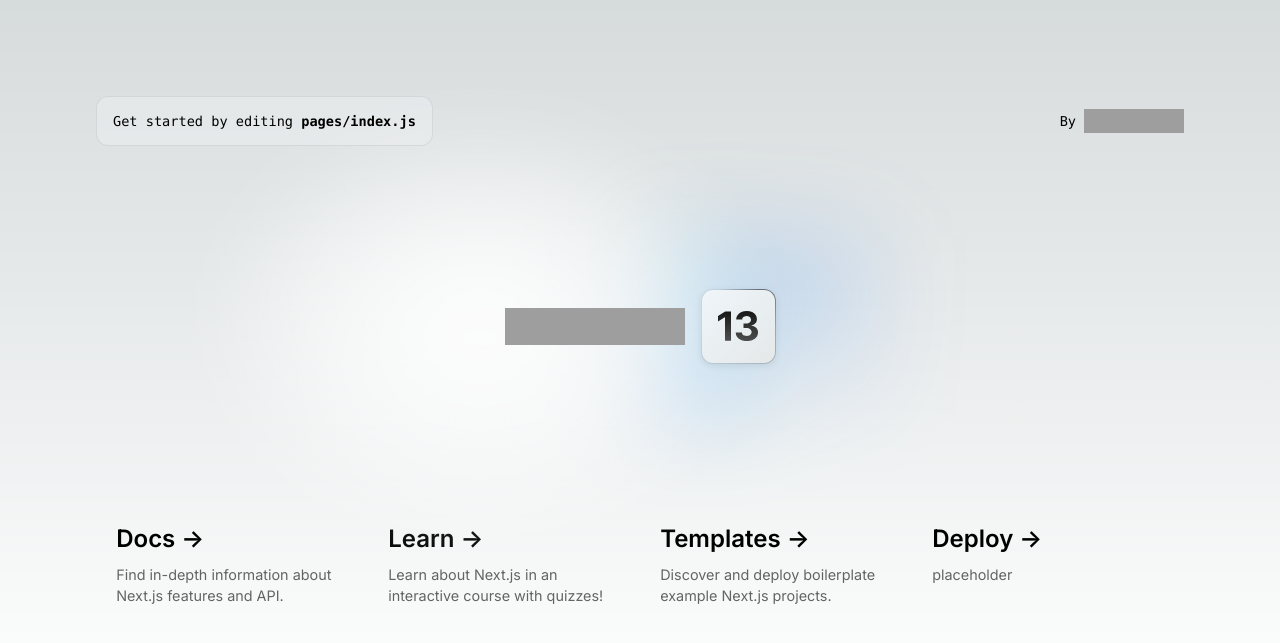
Repository: ajenstory/jencorbett.dev
Page: / (app in app/)
The author's editor kept a copy of each file at every save. The page is drawn from the files as they stood at one save, then again after the next save.
The browser window is 1280 px wide. The pictures show the whole page.
Pictures or frames that could not be fetched are drawn as grey boxes. The project was rebuilt for these pictures with package versions that can differ from the ones it lists, and the page was loaded fresh each time. The framework's server and built-in components were replaced by stand-ins that run in the browser. Also part of the build but not shown: app/next.config.js.

Above is the page before, as saved 2023-03-18 17:54:30.

After the next save:
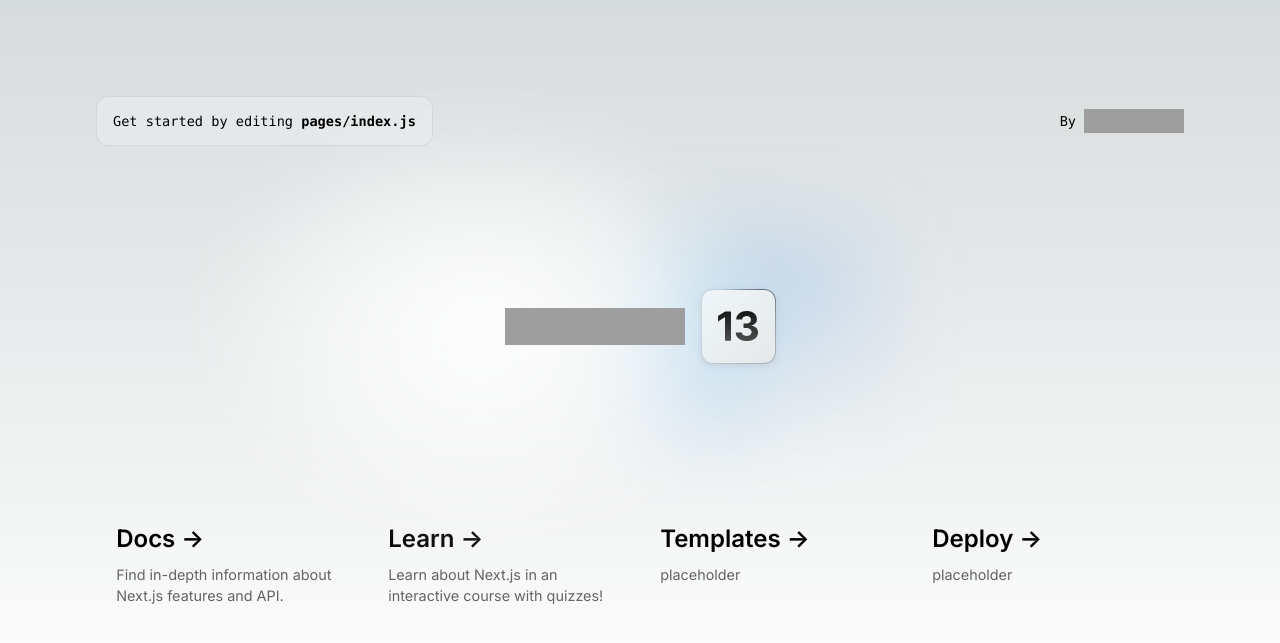
Saved 7 s later.
--- a/app/pages/index.js
+++ b/app/pages/index.js
@@ -98,7 +98,7 @@ export default function Home() {
               Templates <span>-&gt;</span>
             </h2>
             <p className={inter.className}>
-              Discover and deploy boilerplate example Next.js&nbsp;projects.
+              placeholder
             </p>
           </a>
 
